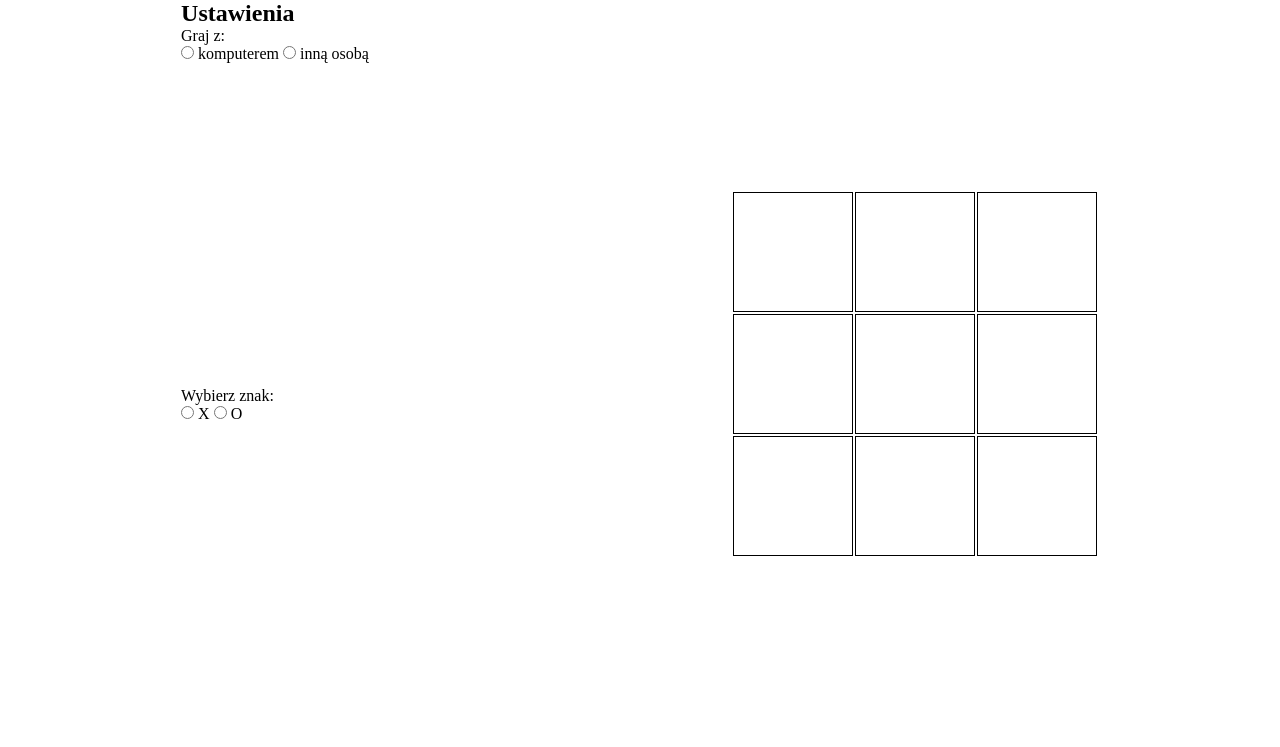
Repository: SebastianArmata22/Tic-Tac-Toe
Page: index.html
These files come from the project's save history. The page is drawn as it stood at one moment and after the next save; the edit follows.
The browser window is 1280 px wide. The pictures show the whole page.

Above is the page before, as saved 2020-11-03 14:25:23.

After the next save:
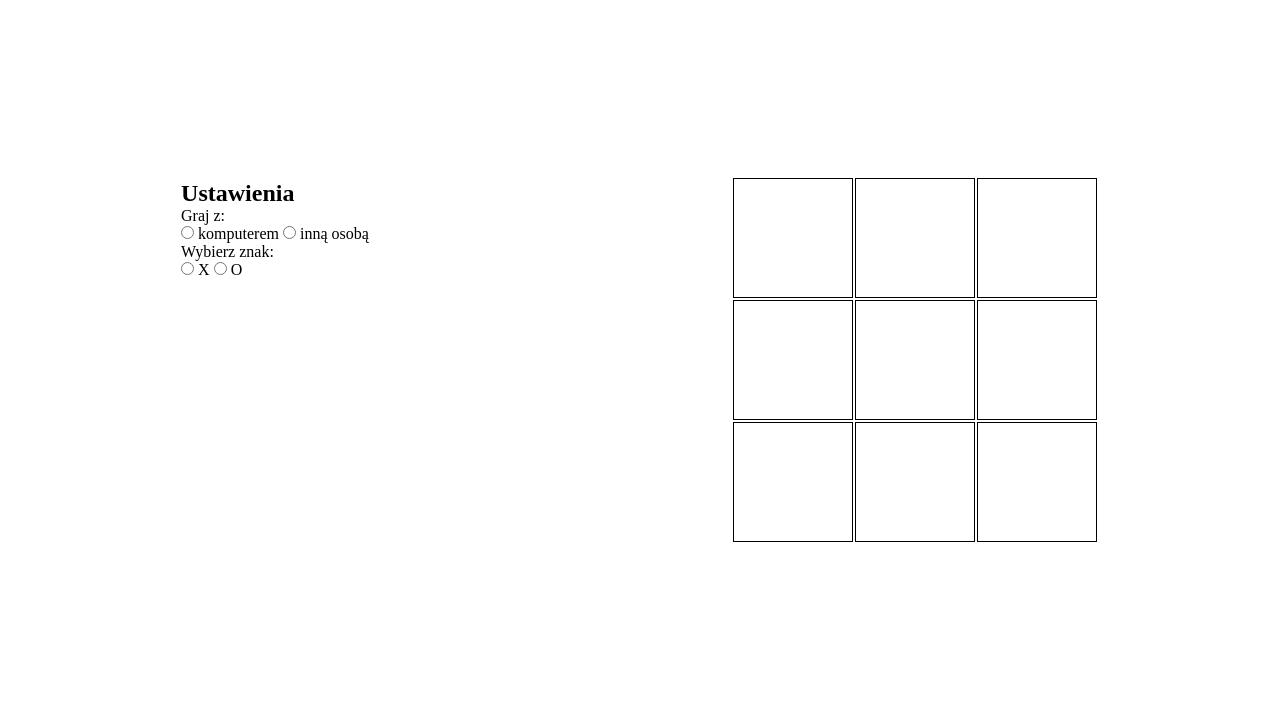
Saved 39 s later.
--- a/style.css
+++ b/style.css
@@ -23,6 +23,6 @@
 transition: all 0.5s ease-out;
 
 }
-.choice{
+.settings-div{
     height: 360px;
 }
